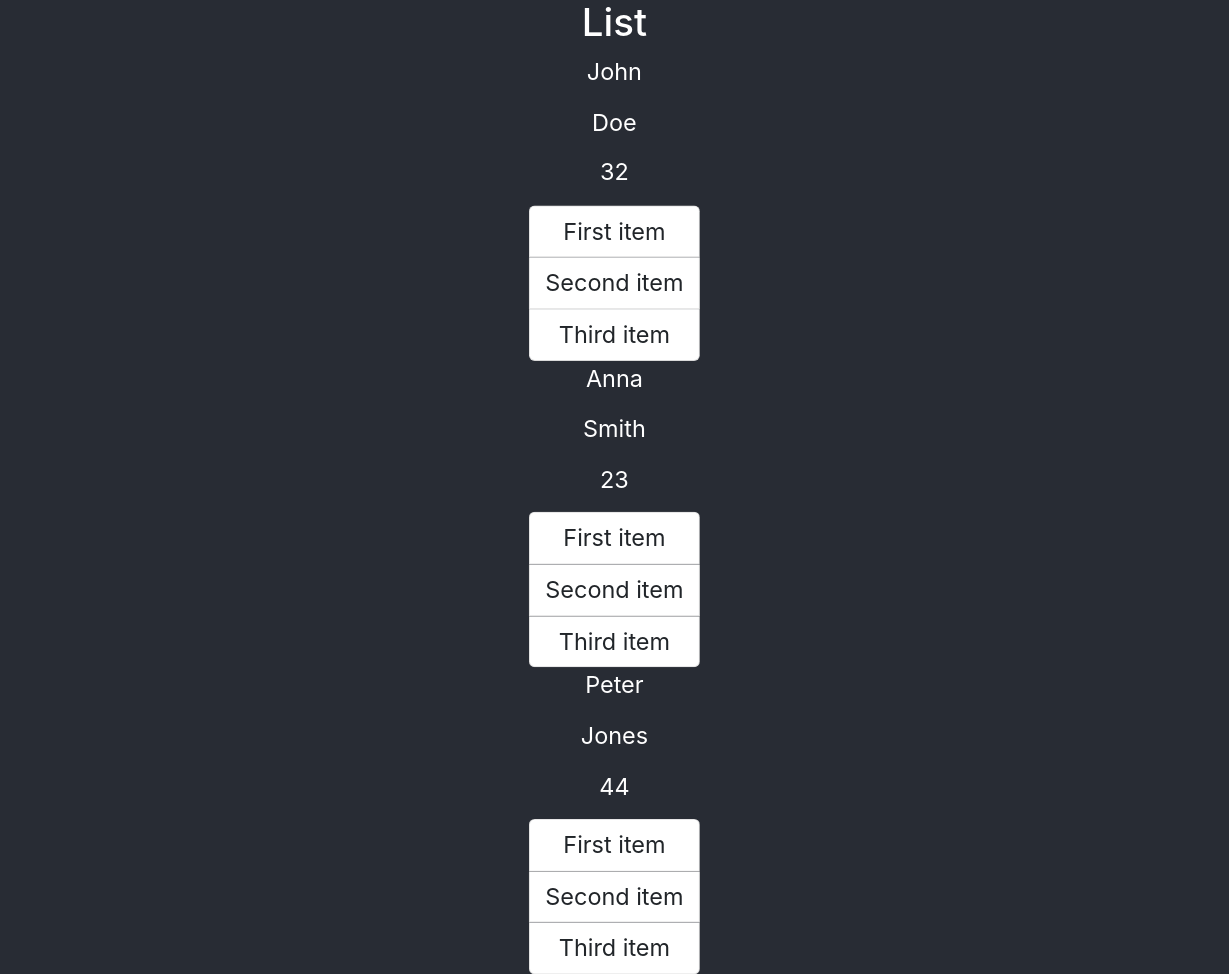
Repository: JasonMorta/ExamplesWithReact
Page: / (app in examples/)
These files come from the project's save history. The page is drawn as it stood at one moment and after the next save; the edit follows.
The browser window is 1280 px wide. The pictures show the whole page, at 96% of full size.
The project was rebuilt for these pictures with package versions that can differ from the ones it lists, and the page was loaded fresh each time.

Above is the page before, as saved 2022-10-03 19:42:32.

### examples/public/index.html
<!DOCTYPE html>
<html lang="en">
  <head>
    <meta charset="utf-8" />
    <link rel="icon" href="%PUBLIC_URL%/favicon.ico" />
    <meta name="viewport" content="width=device-width, initial-scale=1" />
    <meta name="theme-color" content="#000000" />
    <meta
      name="description"
      content="Web site created using create-react-app"
    />
    <link rel="apple-touch-icon" href="%PUBLIC_URL%/logo192.png" />
    <!--
      manifest.json provides metadata used when your web app is installed on a
      user's mobile device or desktop. See https://developers.google.com/web/fundamentals/web-app-manifest/
    -->
    <link rel="manifest" href="%PUBLIC_URL%/manifest.json" />
    <!--
      Notice the use of %PUBLIC_URL% in the tags above.
      It will be replaced with the URL of the `public` folder during the build.
      Only files inside the `public` folder can be referenced from the HTML.

      Unlike "/favicon.ico" or "favicon.ico", "%PUBLIC_URL%/favicon.ico" will
      work correctly both with client-side routing and a non-root public URL.
      Learn how to configure a non-root public URL by running `npm run build`.
    -->
    <link href="https://cdn.jsdelivr.net/npm/bootstrap@5.2.1/dist/css/bootstrap.min.css" rel="stylesheet">
    <title>React App</title>
  </head>
  <body>
    <noscript>You need to enable JavaScript to run this app.</noscript>
    <div id="root"></div>
    <!--
      This HTML file is a template.
      If you open it directly in the browser, you will see an empty page.

      You can add webfonts, meta tags, or analytics to this file.
      The build step will place the bundled scripts into the <body> tag.

      To begin the development, run `npm start` or `yarn start`.
      To create a production bundle, use `npm run build` or `yarn build`.
    -->
  </body>
</html>

### examples/src/App.js
import logo from './logo.svg';
import './App.css';
import Instance from './components/Instance';





function App() {
  return (
    <div className="App">
      <header className="App-header">
      <Instance />
      </header>
    </div>
  );
}

export default App;

### examples/src/components/Instance.jsx
import React from 'react'

export default function Instance() {

const employees = [
  { firstName: "John", lastName: "Doe", age: 32 },
  { firstName: "Anna", lastName: "Smith", age: 23 },
  { firstName: "Peter", lastName: "Jones", age: 44 },
];



  return (
    <div>
      <h1>List</h1>

      {employees.map((obj, index) => (

        <>
         <p>{obj.firstName}</p>
         <p>{obj.lastName}</p>
         <p>{obj.age}</p>
         <ul class="list-group">
    <li class="list-group-item">First item</li>
    <li class="list-group-item">Second item</li>
    <li class="list-group-item">Third item</li>
  </ul>
        </>

      ))}

    </div>
  );
}

Loaded but not shown: examples/src/index.js (common file); examples/src/index.css (common file); examples/src/reportWebVitals.js (common file); examples/src/App.css (common file)

After the next save:
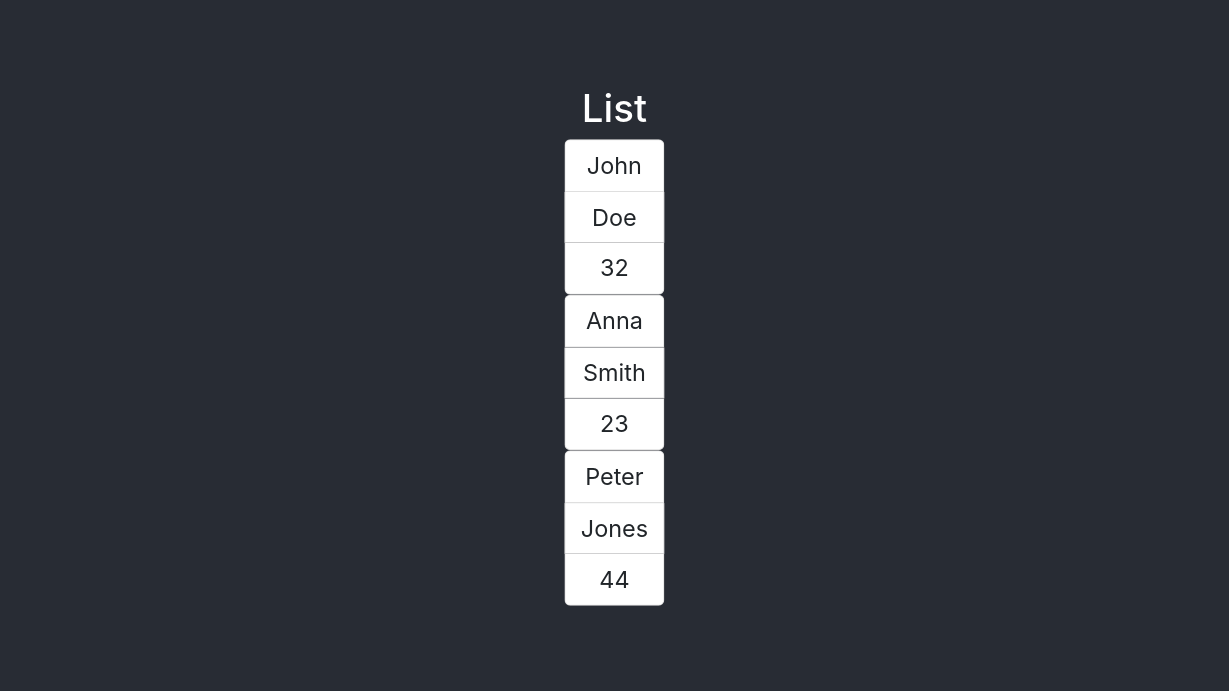
Saved 35 s later.
--- a/examples/src/components/Instance.jsx
+++ b/examples/src/components/Instance.jsx
@@ -15,20 +15,12 @@
       <h1>List</h1>
 
       {employees.map((obj, index) => (
-
-        <>
-         <p>{obj.firstName}</p>
-         <p>{obj.lastName}</p>
-         <p>{obj.age}</p>
-         <ul class="list-group">
-    <li class="list-group-item">First item</li>
-    <li class="list-group-item">Second item</li>
-    <li class="list-group-item">Third item</li>
-  </ul>
-        </>
-
+        <ul class="list-group">
+          <li class="list-group-item">{obj.firstName}</li>
+          <li class="list-group-item">{obj.lastName}</li>
+          <li class="list-group-item">{obj.age}</li>
+        </ul>
       ))}
-
     </div>
   );
 }
